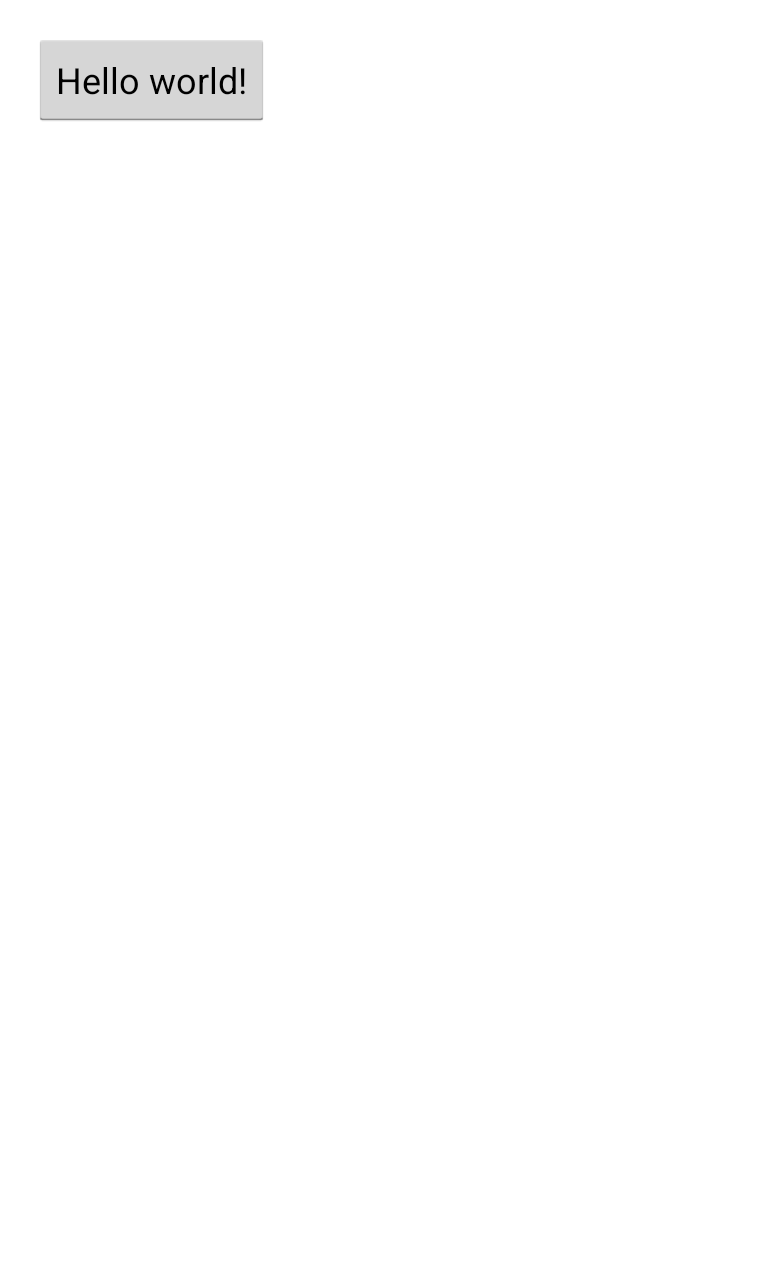
Repository: nickof/study
Layout: Android/itheima/day12服务/代码/Day12_06_混合方式开启服务/res/layout/activity_main.xml
These files come from the project's save history. The layout is drawn as it stood at one moment and after the next save; the edit follows.
It is drawn on a 768 x 1280 px phone screen (xhdpi) without system bars, with theme AppTheme; the app's code is not run.

Above is the layout before, as saved 2016-09-20 07:22:29.

### Android/itheima/day12服务/代码/Day12_06_混合方式开启服务/res/layout/activity_main.xml
<LinearLayout xmlns:android="http://schemas.android.com/apk/res/android"
    xmlns:tools="http://schemas.android.com/tools"
    android:layout_width="match_parent"
    android:layout_height="match_parent"
    android:paddingBottom="@dimen/activity_vertical_margin"
    android:paddingLeft="@dimen/activity_horizontal_margin"
    android:paddingRight="@dimen/activity_horizontal_margin"
    android:paddingTop="@dimen/activity_vertical_margin"
    android:orientation="vertical"
    tools:context=".MainActivity" >

    <Button
        android:layout_width="wrap_content"
        android:layout_height="wrap_content"
        android:onClick="start"
        android:text="@string/hello_world" />

</LinearLayout>

### Android/itheima/day12服务/代码/Day12_06_混合方式开启服务/res/values/strings.xml
<?xml version="1.0" encoding="utf-8"?>
<resources>

    <string name="app_name">Day12_06_混合方式开启服务</string>
    <string name="action_settings">Settings</string>
    <string name="hello_world">Hello world!</string>

</resources>

Loaded but not shown: Android/itheima/day12服务/代码/Day12_06_混合方式开启服务/res/values/styles.xml (common file); Android/itheima/day12服务/代码/Day12_06_混合方式开启服务/res/values-v11/styles.xml (common file); Android/itheima/day12服务/代码/Day12_06_混合方式开启服务/res/values-v14/styles.xml (common file); Android/itheima/day12服务/代码/Day12_06_混合方式开启服务/res/values/dimens.xml (common file)

After the next save:
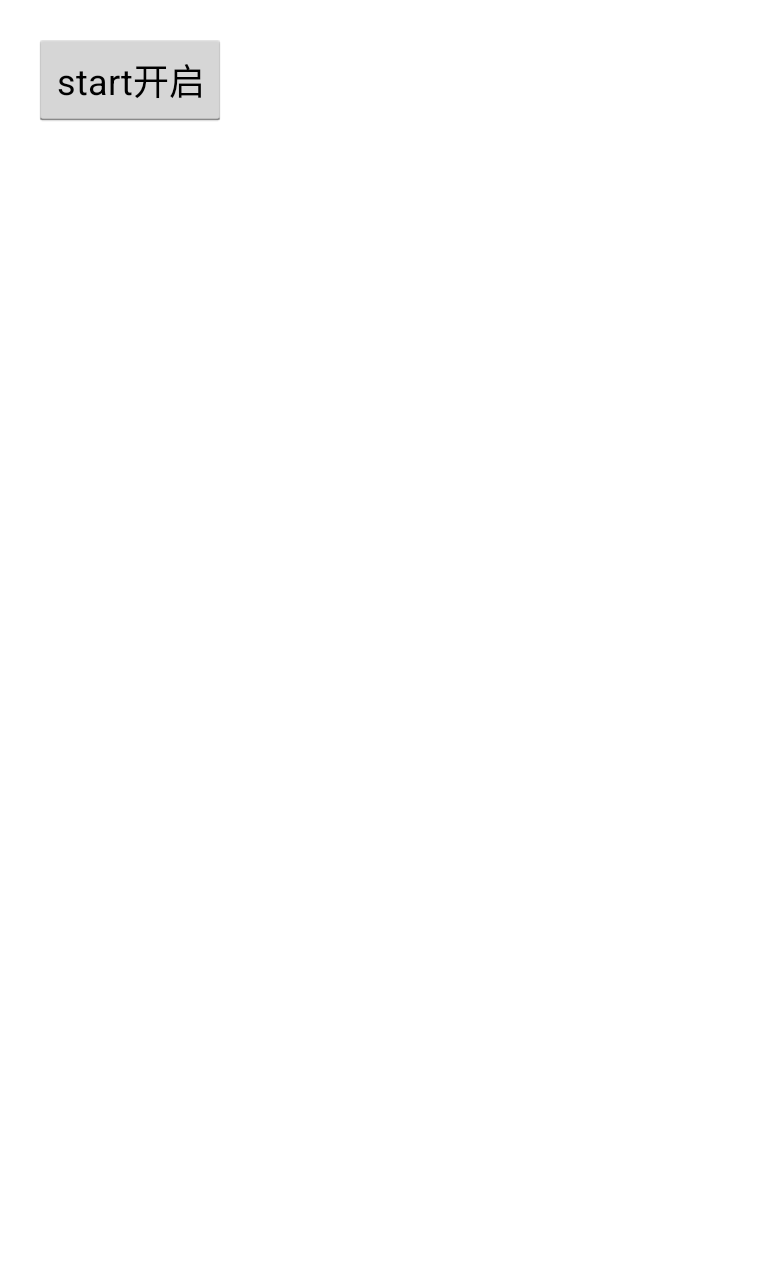
Saved 6 s later.
--- a/Android/itheima/day12服务/代码/Day12_06_混合方式开启服务/res/layout/activity_main.xml
+++ b/Android/itheima/day12服务/代码/Day12_06_混合方式开启服务/res/layout/activity_main.xml
@@ -13,6 +13,6 @@
         android:layout_width="wrap_content"
         android:layout_height="wrap_content"
         android:onClick="start"
-        android:text="@string/hello_world" />
+        android:text="start开启" />
 
 </LinearLayout>
